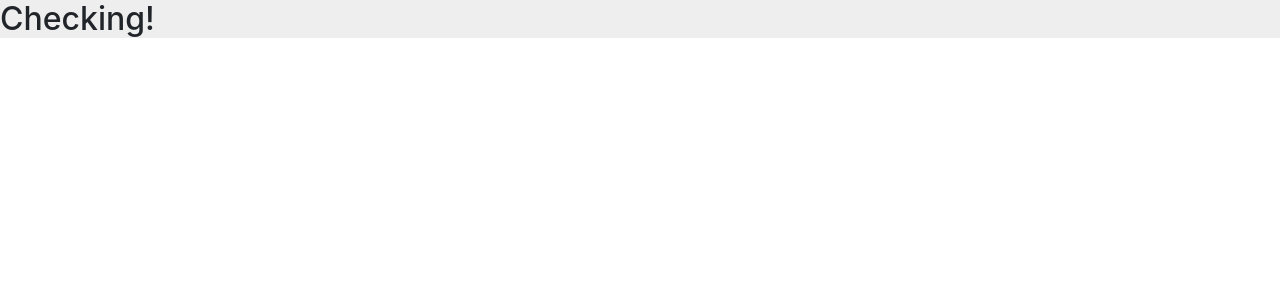
Repository: neerajchavan/E-Commerce-Project
Page: http://localhost/E-Commerce-Project/About.jsp
The author's editor kept a copy of each file at every save. The page is drawn from the files as they stood at one save, then again after a run of saves.
The browser window is 1280 px wide. The pictures show the whole page.
Some web libraries are served in a nearby version. The page is served by Tomcat 9. Other server files are loaded and not shown.

Above is the page before, as saved 2020-10-21 05:56:48.

### E-Commerce-Project/WebContent/About.jsp
<%@ page language="java" contentType="text/html; charset=UTF-8"
    pageEncoding="UTF-8"%>
<!DOCTYPE html>
<html>
<head>
<meta charset="UTF-8">
<title>About us</title>
<%@include file="Components/Common_JS_CSS.jsp" %>
</head>
<body>
 <div class="custom-bg">
 <h2>Checking!</h2>
 </div>
</body>
</html>

### E-Commerce-Project/WebContent/Components/Common_JS_CSS.jsp
<!-- CSS -->
<link rel="stylesheet" href="https://maxcdn.bootstrapcdn.com/bootstrap/4.0.0/css/bootstrap.min.css" integrity="sha384-Gn5384xqQ1aoWXA+058RXPxPg6fy4IWvTNh0E263XmFcJlSAwiGgFAW/dAiS6JXm" crossorigin="anonymous">
<link rel="stylesheet" href="https://stackpath.bootstrapcdn.com/font-awesome/4.7.0/css/font-awesome.min.css" integrity="sha384-wvfXpqpZZVQGK6TAh5PVlGOfQNHSoD2xbE+QkPxCAFlNEevoEH3Sl0sibVcOQVnN" crossorigin="anonymous">
<link rel="stylesheet" href="CSS/Style.css">

<!-- BOOTSTRAP -->
<script src="https://code.jquery.com/jquery-3.2.1.slim.min.js" integrity="sha384-KJ3o2DKtIkvYIK3UENzmM7KCkRr/rE9/Qpg6aAZGJwFDMVNA/GpGFF93hXpG5KkN" crossorigin="anonymous"></script>
<script src="https://cdnjs.cloudflare.com/ajax/libs/popper.js/1.12.9/umd/popper.min.js" integrity="sha384-ApNbgh9B+Y1QKtv3Rn7W3mgPxhU9K/ScQsAP7hUibX39j7fakFPskvXusvfa0b4Q" crossorigin="anonymous"></script>
<script src="https://maxcdn.bootstrapcdn.com/bootstrap/4.0.0/js/bootstrap.min.js" integrity="sha384-JZR6Spejh4U02d8jOt6vLEHfe/JQGiRRSQQxSfFWpi1MquVdAyjUar5+76PVCmYl" crossorigin="anonymous"></script>

<!-- JS -->
<script src="JS/Script.js"></script>

### E-Commerce-Project/WebContent/CSS/Style.css
.custom-bg {
	background:#eeeeee;
}

.custom-bg-200{
	background:#929aab;
}


/*Login Page*/

.login-text h3{
	color:#393e46;
}

.login-text{
	color:#393e46;
}

.login-text:hover{
	background:#929aab;
}


/* Admin Page */

.admin-img{
 max-width : 10px;
 height: 100px;
}

.admin .card{
	border: 1px solid #929aab;
}

.admin .card:hover{
	box-shadow : 0 8px 50px grey;
	transform : scale(1.05);
	cursor : pointer;
	transition : 0.3s;
}

/* Show Products & Categories */

### E-Commerce-Project/WebContent/JS/Script.js
function add_to_cart(pId, pName, pPrice){

	let cart = localStorage.getItem("cart");

	if(cart == null){
		let products = [];
		let product  = {productId : pId, productName : pName, productQty : 1, productPrice : pPrice};
		products.push(product);
		localStorage.setItem("cart", JSON.stringify(products));
		console.log("Product added for first time!");


	}
	else{
		let pCart = JSON.parse(cart);
		let oldProduct = pCart.find((item) => item.productId == pId);
		console.log(oldProduct);
		if(oldProduct){
			// we have to increase the quantity
			oldProduct.productQty = oldProduct.productQty + 1;
			pCart.map((item) => {
				if(item.productId == oldProduct.productId){
					item.productQty = oldProduct.productQty;
				}
			})

			localStorage.setItem("cart", JSON.stringify(pCart));
			console.log("Product quantity is increased!");


		}
		else{
			// we have to add the product
			let product  = {productId : pId, productName : pName, productQty : 1, productPrice : pPrice};
			pCart.push(product);
			localStorage.setItem("cart", JSON.stringify(pCart));
			console.log("Product added!");

		}
	}
}

### E-Commerce-Project/WebContent/Components/Common_Modals.jsp
<!-- Button trigger modal -->
<button type="button" class="btn btn-primary" data-toggle="modal" data-target="#exampleModal">
  Launch demo modal
</button>

<!-- Modal -->
<div class="modal fade" id="exampleModal" tabindex="-1" aria-labelledby="exampleModalLabel" aria-hidden="true">
  <div class="modal-dialog">
    <div class="modal-content">
      <div class="modal-header">
        <h5 class="modal-title" id="exampleModalLabel">Modal title</h5>
        <button type="button" class="close" data-dismiss="modal" aria-label="Close">
          <span aria-hidden="true">&times;</span>
        </button>
      </div>
      <div class="modal-body">
        ...
      </div>
      <div class="modal-footer">
        <button type="button" class="btn btn-secondary" data-dismiss="modal">Close</button>
        <button type="button" class="btn btn-primary">Save changes</button>
      </div>
    </div>
  </div>
</div>

After the next 2 saves:
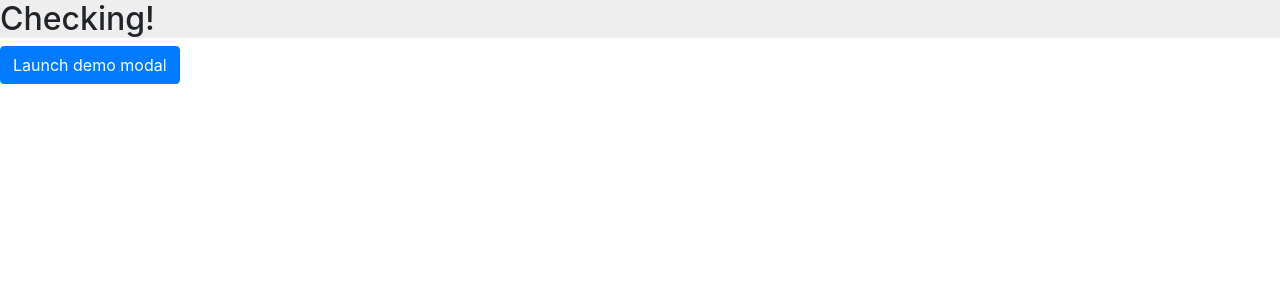
The 2 saves are shown as one change because they came seconds apart.
The last was saved 49 s later.
--- a/E-Commerce-Project/WebContent/About.jsp
+++ b/E-Commerce-Project/WebContent/About.jsp
@@ -11,5 +11,6 @@
  <div class="custom-bg">
  <h2>Checking!</h2>
  </div>
+ 	<%@include file="Components/Common_Modals.jsp" %>
 </body>
 </html>
